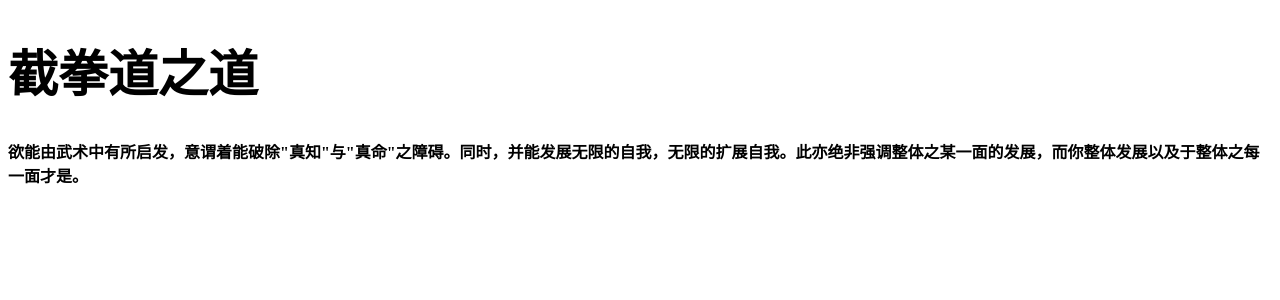
Repository: MasterKweng/workspace
Page: WebBasic/WebContent/Day02/text.html
An editor plug-in stored every save of this project. The page is shown before and after the next save, followed by the edit.
The browser window is 1280 px wide. The pictures show the whole page.

Above is the page before, as saved 2018-01-04 06:42:50.

### WebBasic/WebContent/Day02/text.html
<!doctype html>
<html>
	<head>
		<title>文本格式化</title>
		<meta charset="utf-8"/>
		<style type="text/css">
			body{
				font-family:'微软雅黑';
			}
			h1{
				font-size:50px;
			}
			p{
				font-weight:bold;
			}
		</style>
	</head>
	<body>
		<h1>截拳道之道</h1>
		<p>欲能由武术中有所启发，意谓着能破除"真知"与"真命"之障碍。同时，并能发展无限的自我，无限的扩展自我。此亦绝非强调整体之某一面的发展，而你整体发展以及于整体之每一面才是。</p>
	</body>
</html>

After the next save:
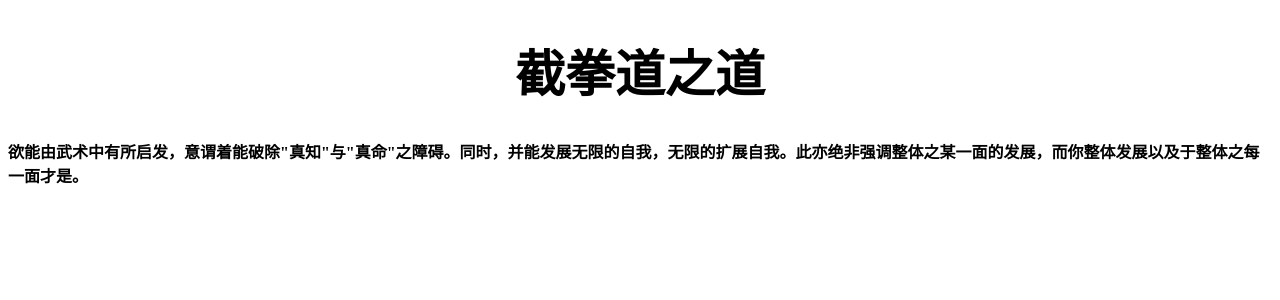
Saved 2 min 44 s later.
--- a/WebBasic/WebContent/Day02/text.html
+++ b/WebBasic/WebContent/Day02/text.html
@@ -9,6 +9,7 @@
 			}
 			h1{
 				font-size:50px;
+				text-align:center;
 			}
 			p{
 				font-weight:bold;
